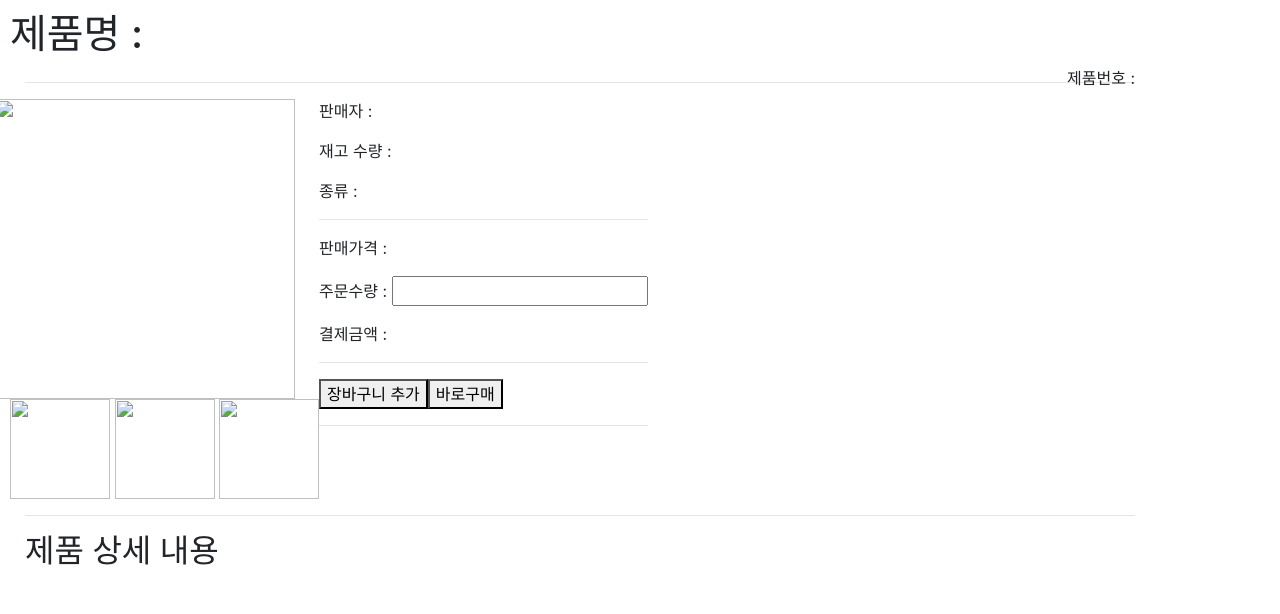
Repository: phoresis92/KITRI-spring
Page: http://localhost/springWeb2/WEB-INF/views/product/detail.jsp
These files come from the project's save history. The page is drawn as it stood at one moment and after the next save; the edit follows.
The browser window is 1280 px wide. The pictures show the whole page.
Some web libraries are served in a nearby version. The page is served by Tomcat 9. Nobody is signed in. The template is opened directly, without the code that normally fills it, so the values that code supplies are empty.

Above is the page before, as saved 2019-02-01 01:50:23.
Console error: SyntaxError: Unexpected token ';'

After the next save:
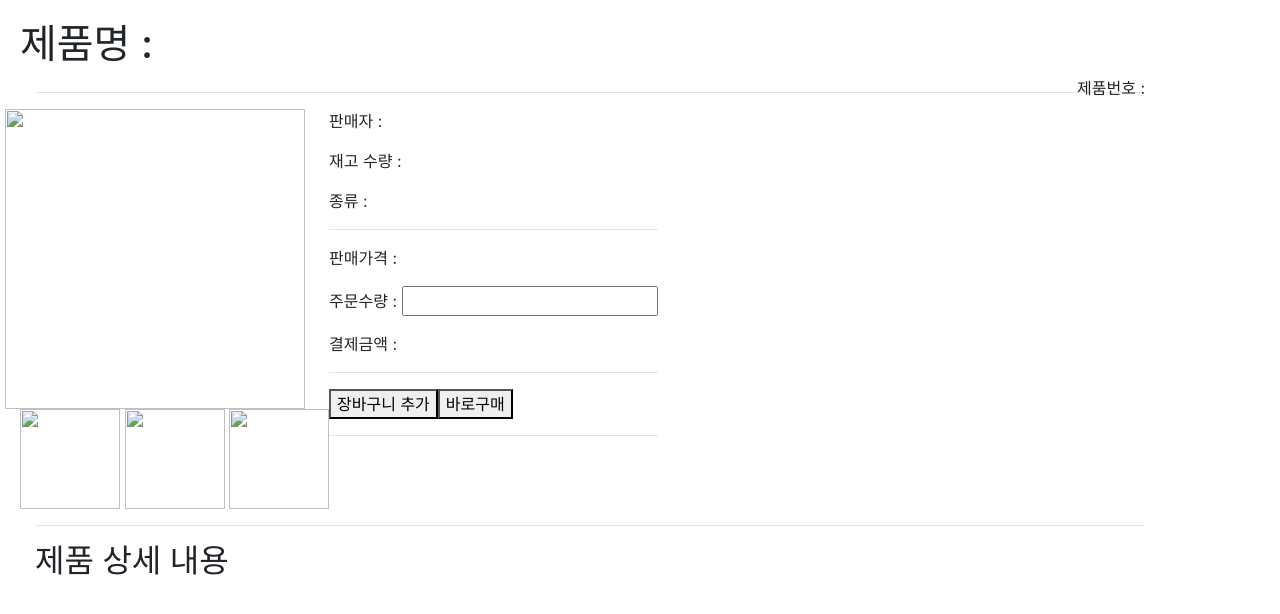
Saved 12 s later.
--- a/springWeb2/src/main/webapp/WEB-INF/views/product/detail.jsp
+++ b/springWeb2/src/main/webapp/WEB-INF/views/product/detail.jsp
@@ -29,7 +29,7 @@ $('#totalPay').text(price*quan);
 <style>
 
 .container{
-	margin: 10px;
+	margin: 20px;
 }
 
 </style>
